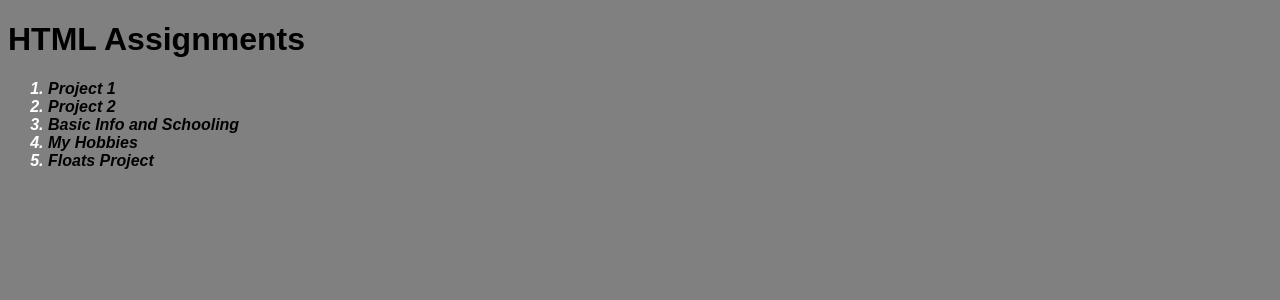
Repository: larranj1/my_website
Page: assignments/html/index.html
The author's editor kept a record of every edit. The page is drawn from the files as they stood at one moment, then again after the next edit.
The browser window is 1280 px wide. The pictures show the whole page.

Above is the page before.

After the next edit:
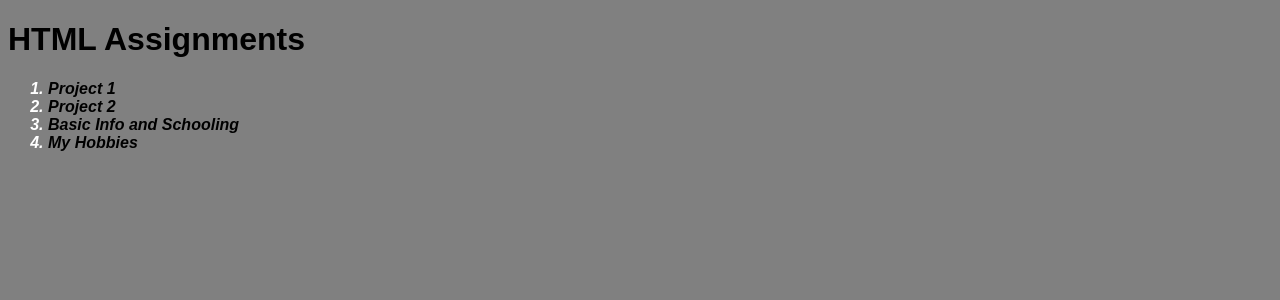
The edit:
--- a/assignments/html/index.html
+++ b/assignments/html/index.html
@@ -11,7 +11,6 @@
     <li> <a href = "project_2.html"> Project 2 </a> </li>
     <li> <a href = "personal_file1.html"> Basic Info and Schooling </a> </li>
     <li> <a href = "personal_file2.html"> My Hobbies </a> </li>
-    <li> <a href = "working_with_floats.html"> Floats Project </a> </li>
     </ol>
 
 </html>
